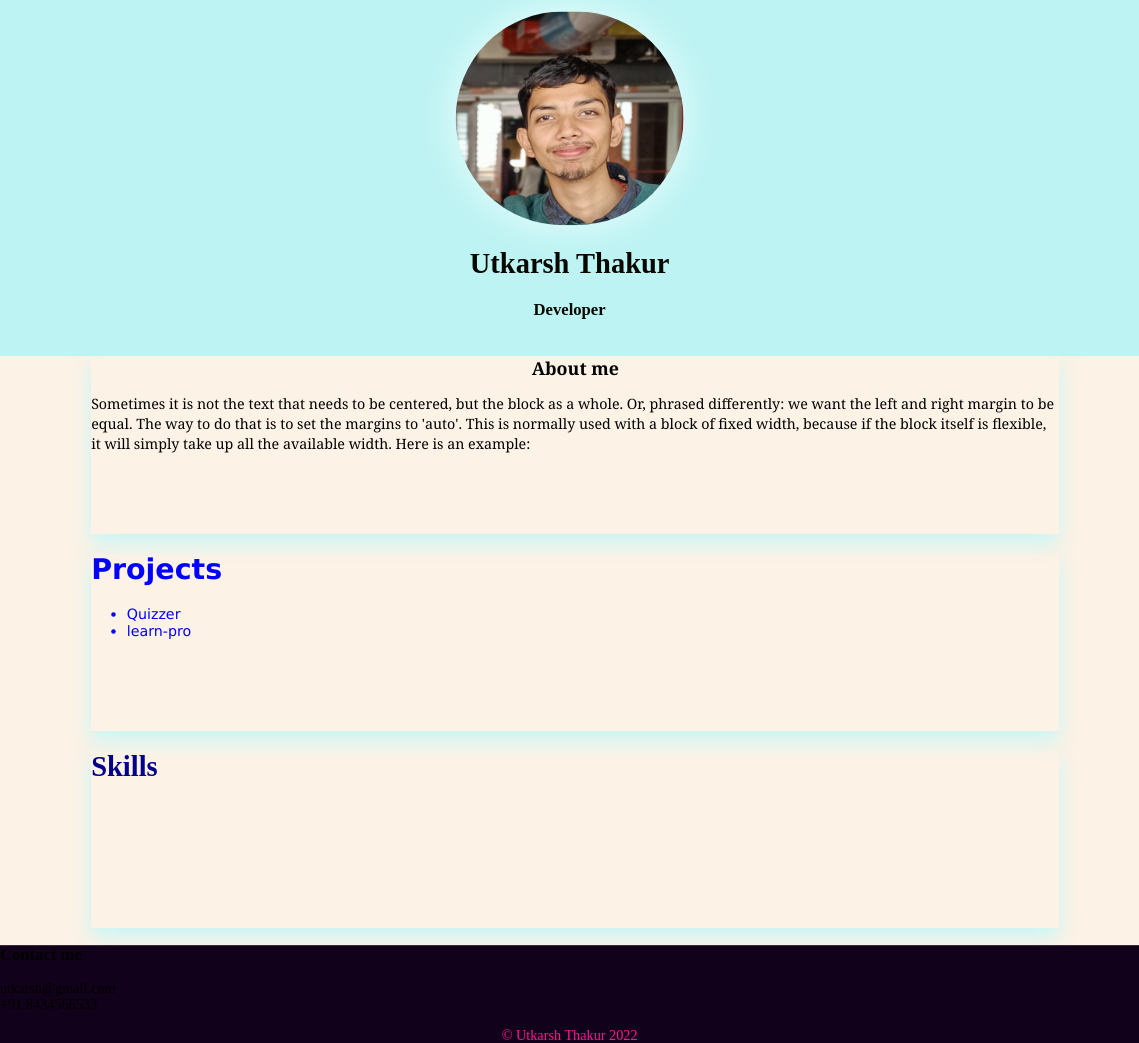
Repository: UtkarshThakur321/Utkarsh-Thakur-Profile
Page: index.html
These files come from the project's save history. The page is drawn as it stood at one moment and after the next save; the edit follows.
The browser window is 1280 px wide. The pictures show the whole page, at 89% of full size.

Above is the page before, as saved 2022-01-22 23:50:54.
Not found: main.js

After the next save:
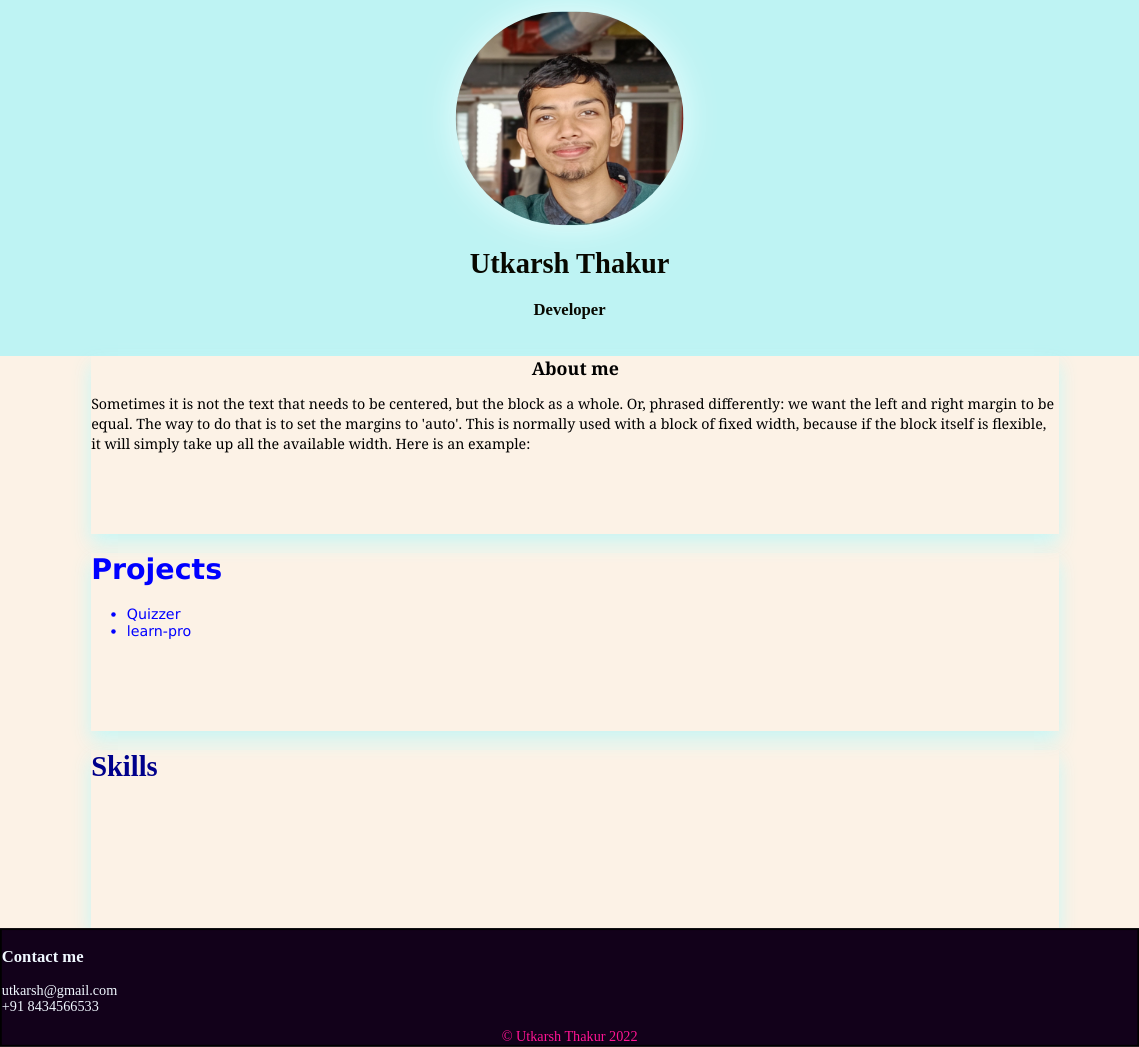
Saved 9 s later.
--- a/index.html
+++ b/index.html
@@ -62,7 +62,8 @@
     </div>
 
     <div id="footer">
-        <h3>Contact me</h3>
+        <div id="footerContent">
+            <h3>Contact me</h3>
         <p>
             utkarsh@gmail.com<br>
             +91 8434566533
@@ -72,6 +73,8 @@
          &copy; Utkarsh Thakur 2022
             </div>
         </div>
+        </div>
+
     </div>
 
 
